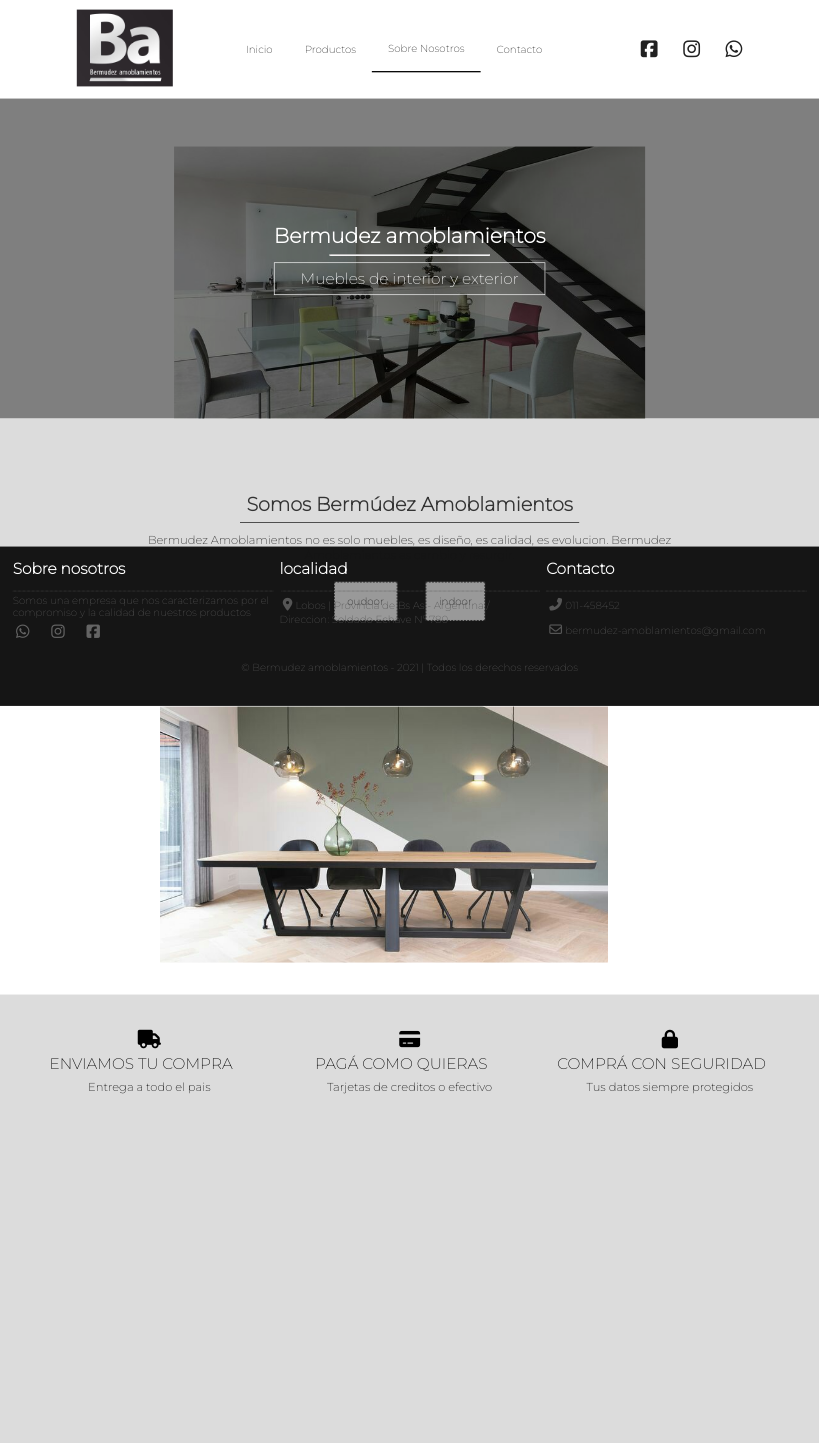
Repository: DamianBermudez94/Bermudez-amoblamientos
Page: index.html
An editor plug-in stored every save of this project. The page is shown before and after the next save, followed by the edit.
The browser window is 1280 px wide. The pictures show the whole page, at 64% of full size.
Backgrounds fixed to the window are drawn as part of the page. Some web libraries are served in a nearby version.

Above is the page before, as saved 2022-09-22 19:28:10.

After the next save:
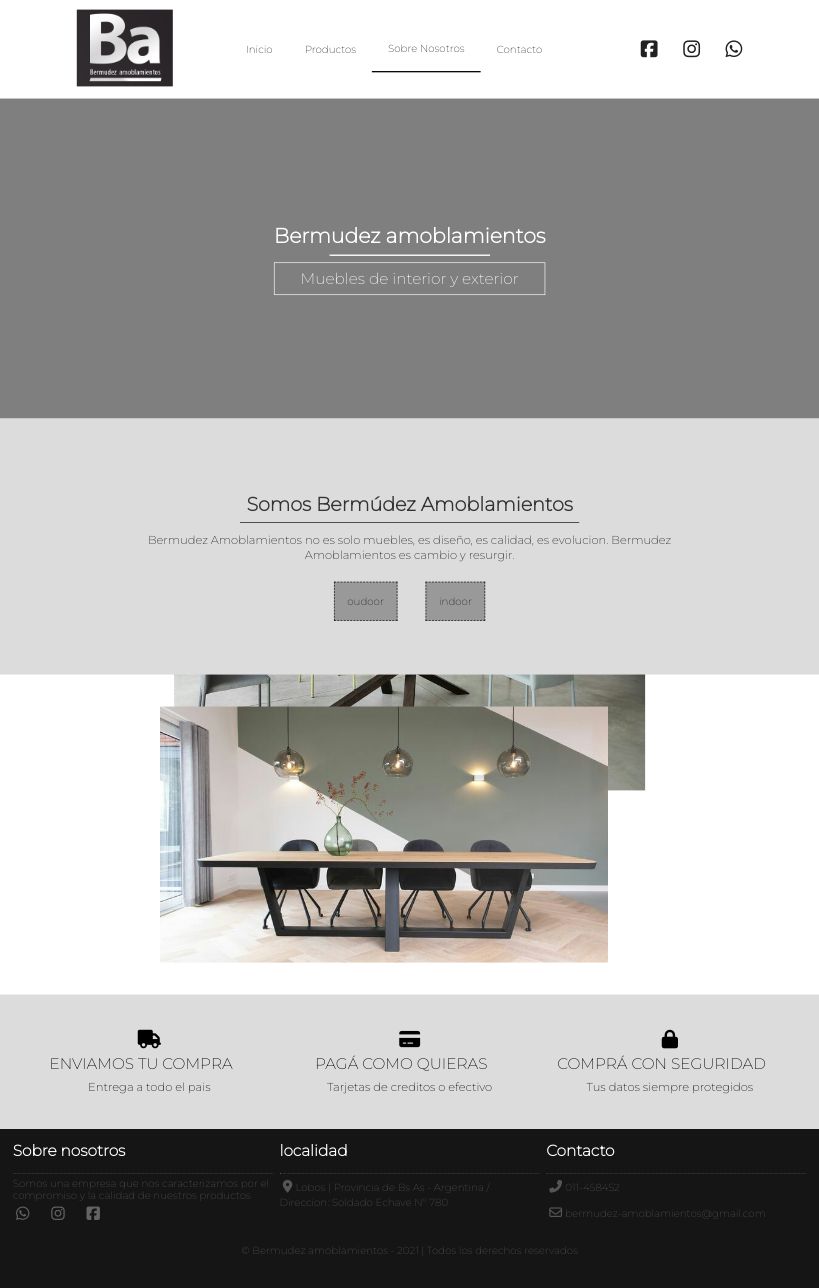
Saved 4 s later.
--- a/index.css
+++ b/index.css
@@ -34,8 +34,7 @@
   color: #000;
 }
 main{
-  width: 100%;
-  height: 700px;
+
   background: url("./indoor/img-indoor/imagenes-indoor/IMG-20210325-WA0038.jpg");
   background-position: center;
   background-attachment: fixed;
